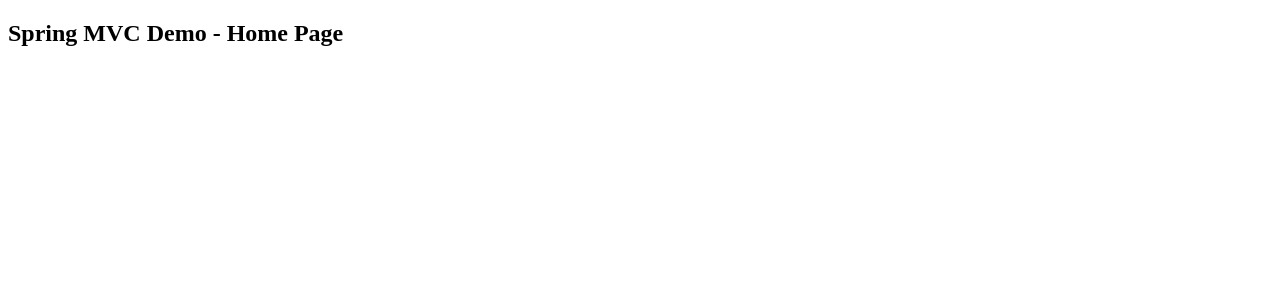
Repository: jreinhal/spring-course
Page: http://localhost/spring-mvc-demo/
The author's editor kept a copy of each file at every save. The page is drawn from the files as they stood at one save, then again after the next save.
The browser window is 1280 px wide. The pictures show the whole page.
The page is served by Tomcat 9.

Above is the page before, as saved 2021-09-06 15:21:20.

After the next save:
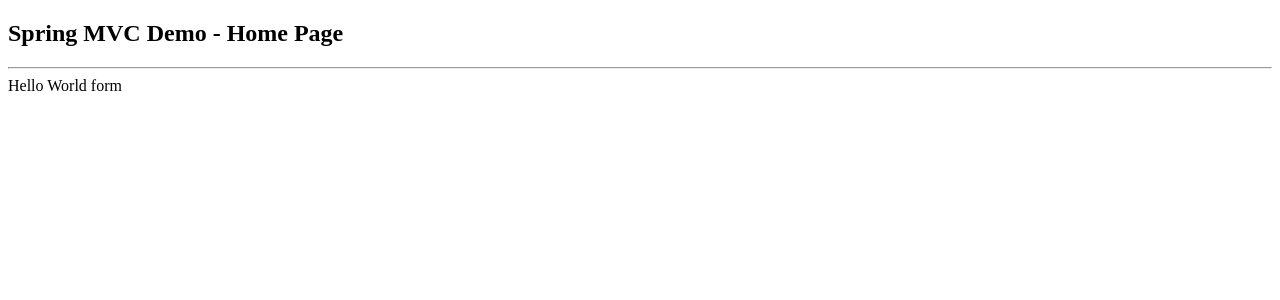
Saved 4 min 23 s later.
--- a/Spring Course/spring-mvc-demo/WebContent/WEB-INF/view/main-menu.jsp
+++ b/Spring Course/spring-mvc-demo/WebContent/WEB-INF/view/main-menu.jsp
@@ -8,5 +8,7 @@
 </head>
 <body>
 	<h2>Spring MVC Demo - Home Page</h2>
+	<hr>
+	<a href="showForm"></a>Hello World form
 </body>
 </html>
